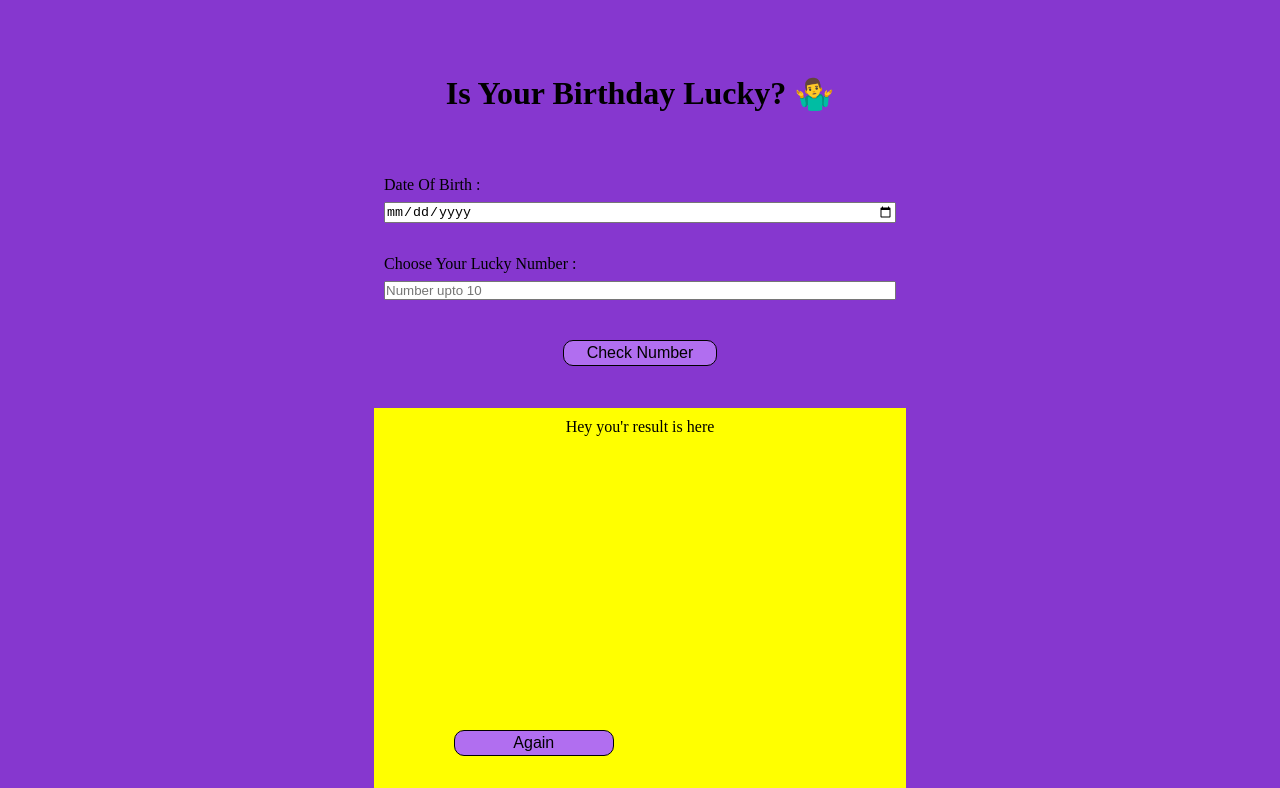
Repository: patelamancode/Lucky-Birthday-App
Page: index.html
These files come from the project's save history. The page is drawn as it stood at one moment and after the next save; the edit follows.
The browser window is 1280 px wide. The pictures show the whole page.

Above is the page before, as saved 2022-11-23 15:20:54.

After the next save:
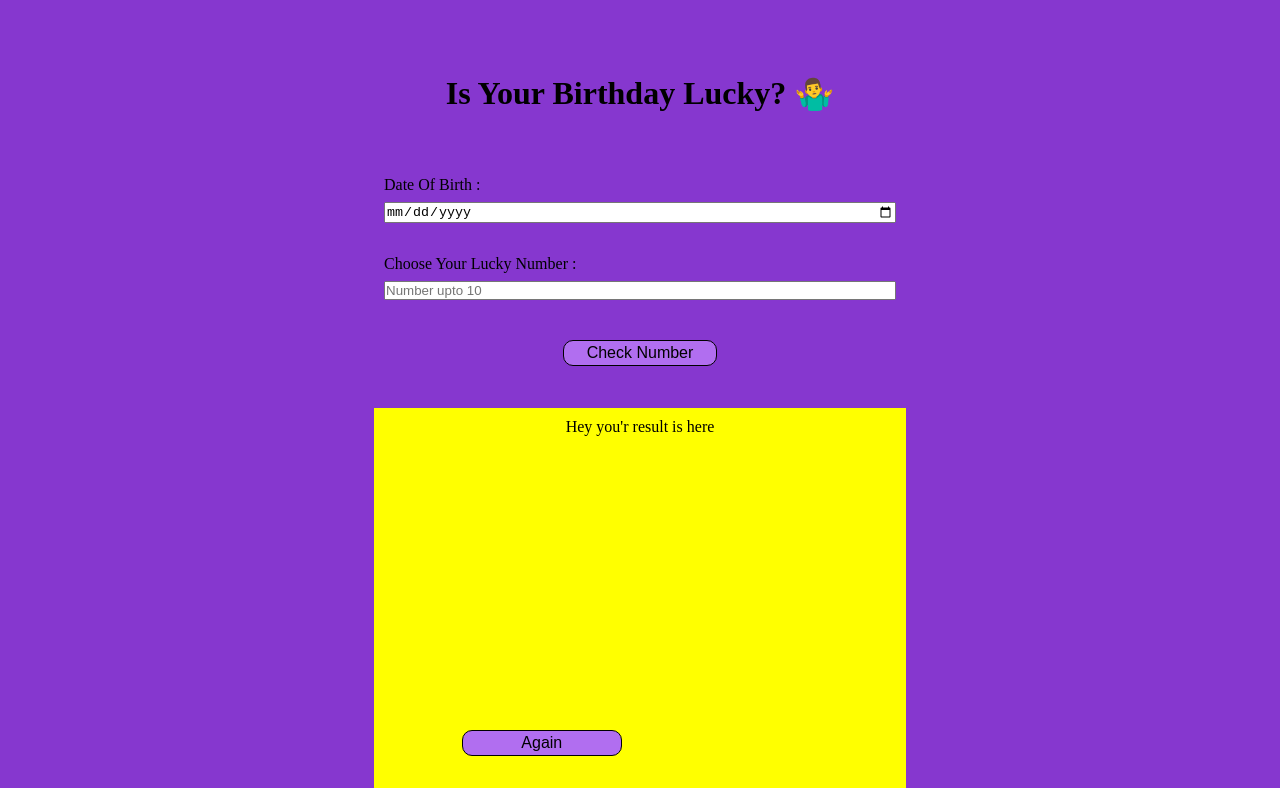
Saved 7 s later.
--- a/index.css
+++ b/index.css
@@ -62,5 +62,5 @@
  #back-btn{
    position: absolute;
    bottom: 2rem;
-   left: 5rem;
+   left: 5.5rem;
  }
